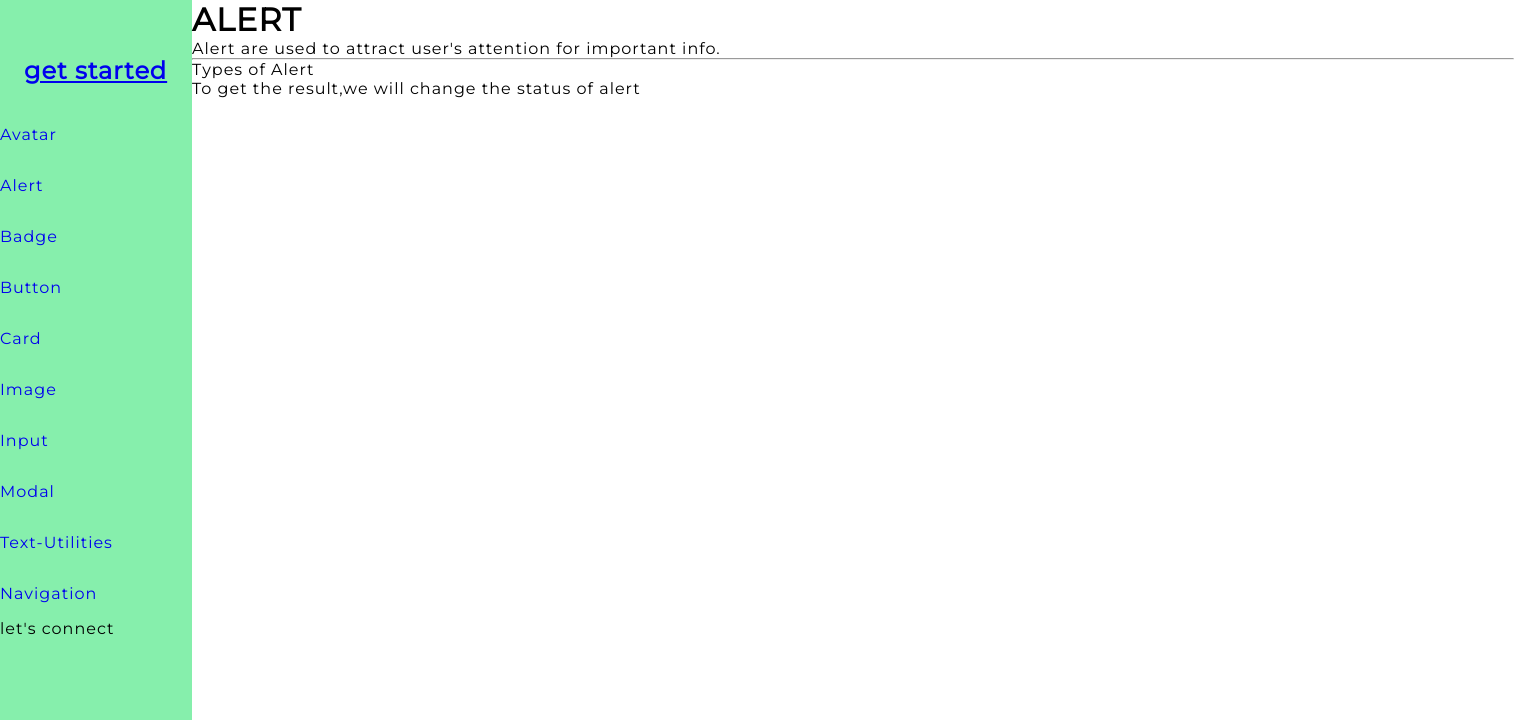
Repository: Anasooya2601/Components_UI
Page: components/Alert/Alert.html
An editor plug-in stored every save of this project. The page is shown before and after the next save, followed by the edit.
The browser window is 1280 px wide. The page is 1514 px wide, so the pictures cover 1514 px, including what lies to the right of the window. The pictures show the whole page.

Above is the page before, as saved 2022-02-12 10:34:22.
Not found: components/
Not found: components/Avatar/index.css

After the next save:
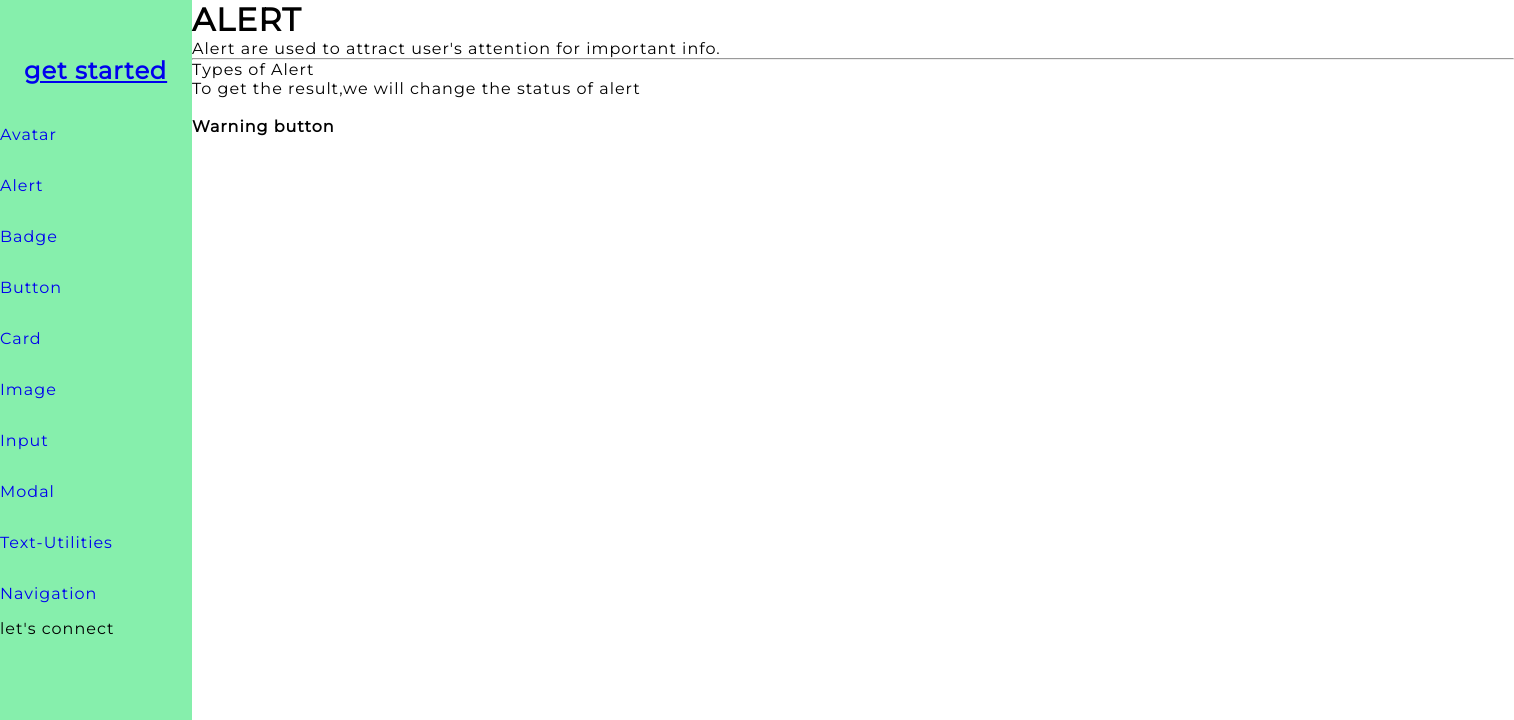
Saved 18 s later.
--- a/components/Alert/Alert.html
+++ b/components/Alert/Alert.html
@@ -63,6 +63,7 @@
     <div class="alert alert-success">
         <div class="alert-message">
             <i class="fas fa-check-circle"></i>
+            <h4>Warning button</h4>
         </div>
     </div>
             </div>
